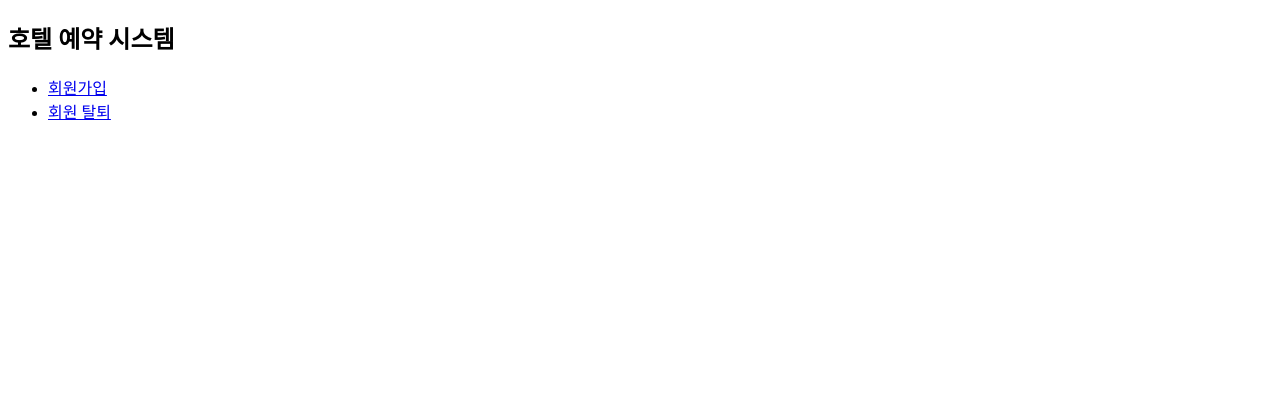
Repository: DearMyStore/ui-test
Page: http://localhost/HotelReservationSystem/menu.jsp
An editor plug-in stored every save of this project. The page is shown before and after the next save, followed by the edit.
The browser window is 1280 px wide. The pictures show the whole page.
The page is served by Tomcat 9.

Above is the page before, as saved 2025-05-27 13:31:18.

### HRS/HotelReservationSystem/src/main/webapp/menu.jsp
<%@ page language="java" contentType="text/html; charset=UTF-8" pageEncoding="UTF-8"%>
<!DOCTYPE html>
<html>
<head>
    <meta charset="UTF-8">
    <title>호텔 서비스 메뉴</title>
</head>
<body>
    <h2>호텔 예약 시스템</h2>
    <ul>
        <li><a href="register.jsp">회원가입</a></li>
        <li><a href="deleteAccount.jsp">회원 탈퇴</a></li>
    </ul>
</body>
</html>

After the next save:
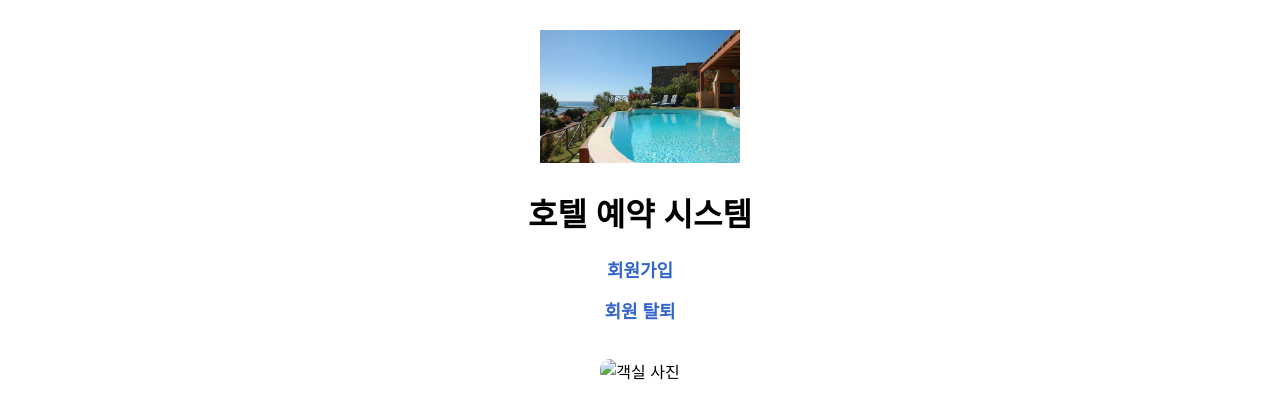
Not found: HRS/HotelReservationSystem/HotelReservationSystem/images/hotel2.png
Saved 19 min 27 s later.
--- a/HRS/HotelReservationSystem/src/main/webapp/menu.jsp
+++ b/HRS/HotelReservationSystem/src/main/webapp/menu.jsp
@@ -1,15 +1,25 @@
-<%@ page language="java" contentType="text/html; charset=UTF-8" pageEncoding="UTF-8"%>
+<%@ page contentType="text/html; charset=UTF-8" pageEncoding="UTF-8"%>
 <!DOCTYPE html>
 <html>
 <head>
     <meta charset="UTF-8">
-    <title>호텔 서비스 메뉴</title>
+    <title>호텔 예약 시스템</title>
+    <style>
+        body { font-family: Arial, sans-serif; text-align: center; margin: 30px; }
+        img.logo { width: 200px; }
+        img.room { width: 600px; margin-top: 20px; border-radius: 10px; }
+        ul { list-style-type: none; padding: 0; }
+        li { margin: 15px 0; font-size: 18px; }
+        a { text-decoration: none; color: #3366cc; font-weight: bold; }
+    </style>
 </head>
 <body>
-    <h2>호텔 예약 시스템</h2>
+    <img src="images/hotel.jpg" alt="호텔 로고" class="logo">
+    <h1>호텔 예약 시스템</h1>
     <ul>
         <li><a href="register.jsp">회원가입</a></li>
         <li><a href="deleteAccount.jsp">회원 탈퇴</a></li>
     </ul>
+    <img src="images/hotel2.png" alt="객실 사진" class="room">
 </body>
 </html>
